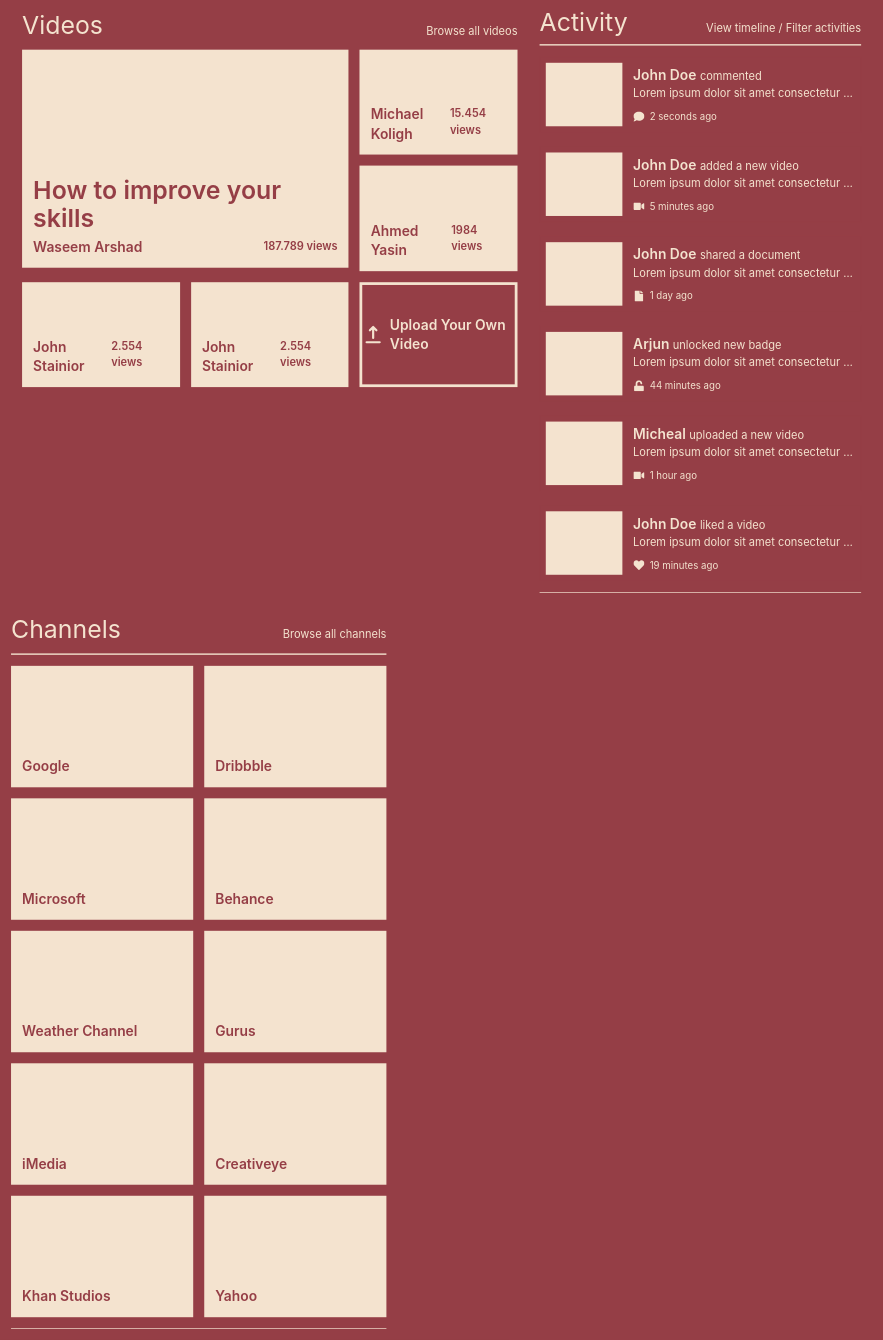
Repository: farrelmuhammad/test-salt
Page: /
The author's editor kept a copy of each file at every save. The page is drawn from the files as they stood at one save, then again after the next save.
The browser window is 1280 px wide. The pictures show the whole page, at 69% of full size.
The project was rebuilt for these pictures with package versions that can differ from the ones it lists, and the page was loaded fresh each time. Also part of the build but not shown: src/App.css.

Above is the page before, as saved 2022-11-21 16:55:53.

### src/index.css
@tailwind base;
@tailwind components;
@tailwind utilities;

body {
  margin: 0;
  font-family: -apple-system, BlinkMacSystemFont, "Segoe UI", "Roboto", "Oxygen", "Ubuntu", "Cantarell", "Fira Sans", "Droid Sans", "Helvetica Neue", sans-serif;
  -webkit-font-smoothing: antialiased;
  -moz-osx-font-smoothing: grayscale;
  background-color: #953e46;
}

code {
  font-family: source-code-pro, Menlo, Monaco, Consolas, "Courier New", monospace;
}

@layer components {
  .box-text {
    @apply bg-[#F4E3CF] aspect-[3/2] text-[#953e46] p-4;
  }

  .card {
    @apply flex flex-row border border-[#953e46] p-2;
  }

  .hr-top {
    @apply h-[2px] bg-[#F4E3CF] border-none mb-4;
  }

  .hr-bottom {
    @apply h-[1px] bg-[#F4E3CF] border-none my-4;
  }
}

### src/App.js
import logo from "./logo.svg";
import "./App.css";
import Box from "./components/Box";
import Channels from "./components/Channels";
import Activity from "./components/Activity";

function App() {
  return (
    <>
      <div className="container">
        <div class="flex">
          <div className="flex-auto w-64">
            <Box />
          </div>
          <div className="flex-auto w-1">
            <Activity />
          </div>
        </div>
      </div>
      <Channels />
    </>
  );
}

export default App;

### src/components/Box.jsx
import React from "react";
import { HiUpload } from "react-icons/hi";

const Box = () => {
  return (
    <>
      <section className="container">
        <div className="flex items-end justify-between py-4">
          <h1 className="text-4xl text-[#F4E3CF]">Videos</h1>
          <a href="" className="text-base text-[#F4E3CF]">
            Browse all videos
          </a>
        </div>

        <div class="grid grid-cols-3 gap-4">
          <div class="col-span-2 row-span-2 box-text flex flex-col justify-end">
            <h2 className="text-4xl font-semibold mb-2">How to improve your skills</h2>
            <div className="flex justify-between">
              <h4 className="text-xl font-semibold">Waseem Arshad</h4>

              <p className="text-base font-semibold">187.789 views</p>
            </div>
          </div>

          <div class="box-text flex flex-col justify-end">
            <div className="flex justify-between">
              <h4 className="text-xl font-semibold">Michael Koligh</h4>

              <p className="text-base font-semibold">15.454 views</p>
            </div>
          </div>

          <div class="box-text flex flex-col justify-end">
            <div className="flex justify-between">
              <h4 className="text-xl font-semibold">Ahmed Yasin</h4>

              <p className="text-base font-semibold">1984 views</p>
            </div>
          </div>

          <div class="box-text flex flex-col justify-end">
            <div className="flex justify-between">
              <h4 className="text-xl font-semibold">John Stainior</h4>

              <p className="text-base font-semibold">2.554 views</p>
            </div>
          </div>

          <div class="box-text flex flex-col justify-end">
            <div className="flex justify-between">
              <h4 className="text-xl font-semibold">John Stainior</h4>

              <p className="text-base font-semibold">2.554 views</p>
            </div>
          </div>

          <div class="border-4 border-[#F4E3CF] text-[#F4E3CF] flex items-center justify-center">
            <HiUpload className="rounded-full w-10 h-10 mr-2" /> <h2 className="text-xl font-semibold">Upload Your Own Video</h2>
          </div>
        </div>
      </section>
    </>
  );
};

export default Box;

### src/components/Channels.jsx
import React from "react";

const Channels = () => {
  return (
    <>
      <section className="container max-w-xl">
        <div className="flex items-end justify-between py-4">
          <h1 className="text-4xl text-[#F4E3CF]">Channels</h1>
          <a href="" className="text-base text-[#F4E3CF]">
            Browse all channels
          </a>
        </div>

        <hr className="hr-top" />

        <div class="grid grid-cols-2 gap-4 ">
          <div class="box-text text-xl font-semibold flex items-end">Google</div>
          <div class="box-text text-xl font-semibold flex items-end">Dribbble</div>
          <div class="box-text text-xl font-semibold flex items-end">Microsoft</div>
          <div class="box-text text-xl font-semibold flex items-end">Behance</div>
          <div class="box-text text-xl font-semibold flex items-end">Weather Channel</div>
          <div class="box-text text-xl font-semibold flex items-end">Gurus</div>
          <div class="box-text text-xl font-semibold flex items-end">iMedia</div>
          <div class="box-text text-xl font-semibold flex items-end">Creativeye</div>
          <div class="box-text text-xl font-semibold flex items-end">Khan Studios</div>
          <div class="box-text text-xl font-semibold flex items-end">Yahoo</div>
        </div>

        <hr className="hr-bottom" />
      </section>
    </>
  );
};

export default Channels;

### src/components/Activity.jsx
import React from "react";
import { FaComment, FaVideo, FaUnlock, FaHeart, FaFile } from "react-icons/fa";

const Activity = () => {
  return (
    <>
      <section className="container max-w-xl">
        <div className="flex items-end justify-between py-3">
          <h1 className="text-4xl text-[#F4E3CF]">Activity</h1>
          <a href="" className="text-base text-[#F4E3CF]">
            View timeline / Filter activities
          </a>
        </div>

        <hr className="hr-top" />

        <div class="flex flex-col space-y-5">
          <div class="card hover:border-[#F4E3CF]">
            <div className="w-48 bg-[#F4E3CF]"></div>

            <div class="py-1 pl-4 truncate text-[#F4E3CF]">
              <h5 class="text-xl font-semibold">
                John Doe <span className="text-base font-normal">commented</span>
              </h5>
              <p class="text-base mb-3 truncate">Lorem ipsum dolor sit amet consectetur adipisicing elit. Ratione, similique!</p>
              <p class="text-sm flex items-center">
                <FaComment className="w-4 h-4 mr-2" />2 seconds ago
              </p>
            </div>
          </div>

          <div class="card hover:border-[#F4E3CF]">
            <div className="w-48 bg-[#F4E3CF]"></div>

            <div class="py-1 pl-4 truncate text-[#F4E3CF]">
              <h5 class="text-xl font-semibold">
                John Doe <span className="text-base font-normal">added a new video</span>
              </h5>
              <p class="text-base mb-3 truncate">Lorem ipsum dolor sit amet consectetur adipisicing elit. Ratione, similique!</p>
              <p class="text-sm flex items-center">
                <FaVideo className="w-4 h-4 mr-2" />5 minutes ago
              </p>
            </div>
          </div>

          <div class="card hover:border-[#F4E3CF]">
            <div className="w-48 bg-[#F4E3CF]"></div>

            <div class="py-1 pl-4 truncate text-[#F4E3CF]">
              <h5 class="text-xl font-semibold">
                John Doe <span className="text-base font-normal">shared a document</span>
              </h5>
              <p class="text-base mb-3 truncate">Lorem ipsum dolor sit amet consectetur adipisicing elit. Ratione, similique!</p>
              <p class="text-sm flex items-center">
                <FaFile className="w-4 h-4 mr-2" />1 day ago
              </p>
            </div>
          </div>

          <div class="card hover:border-[#F4E3CF]">
            <div className="w-48 bg-[#F4E3CF]"></div>

            <div class="py-1 pl-4 truncate text-[#F4E3CF]">
              <h5 class="text-xl font-semibold">
                Arjun <span className="text-base font-normal">unlocked new badge</span>
              </h5>
              <p class="text-base mb-3 truncate">Lorem ipsum dolor sit amet consectetur adipisicing elit. Ratione, similique!</p>
              <p class="text-sm flex items-center">
                <FaUnlock className="w-4 h-4 mr-2" />
                44 minutes ago
              </p>
            </div>
          </div>

          <div class="card hover:border-[#F4E3CF]">
            <div className="w-48 bg-[#F4E3CF]"></div>

            <div class="py-1 pl-4 truncate text-[#F4E3CF]">
              <h5 class="text-xl font-semibold">
                Micheal <span className="text-base font-normal">uploaded a new video</span>
              </h5>
              <p class="text-base mb-3 truncate">Lorem ipsum dolor sit amet consectetur adipisicing elit. Ratione, similique!</p>
              <p class="text-sm flex items-center">
                <FaVideo className="w-4 h-4 mr-2" />1 hour ago
              </p>
            </div>
          </div>

          <div class="card hover:border-[#F4E3CF]">
            <div className="w-48 bg-[#F4E3CF]"></div>

            <div class="py-1 pl-4 truncate text-[#F4E3CF]">
              <h5 class="text-xl font-semibold">
                John Doe <span className="text-base font-normal">liked a video</span>
              </h5>
              <p class="text-base mb-3 truncate">Lorem ipsum dolor sit amet consectetur adipisicing elit. Ratione, similique!</p>
              <p class="text-sm flex items-center">
                <FaHeart className="w-4 h-4 mr-2" />
                19 minutes ago
              </p>
            </div>
          </div>
        </div>

        <hr className="hr-bottom" />
      </section>
    </>
  );
};

export default Activity;

### tailwind.config.js
/** @type {import('tailwindcss').Config} */
module.exports = {
  content: ["./src/**/*.{js,jsx,ts,tsx}"],
  theme: {
    container: {
      padding: "16px",
    },
    extend: {
      screens: {
        sm: "640px",
        md: "768px",
        lg: "1024px",
        xl: "1280px",
        "2xl": "1320px",
      },
    },
  },
  plugins: [],
};

Loaded but not shown: public/index.html (common file); src/index.js (common file); src/reportWebVitals.js (common file)

After the next save:
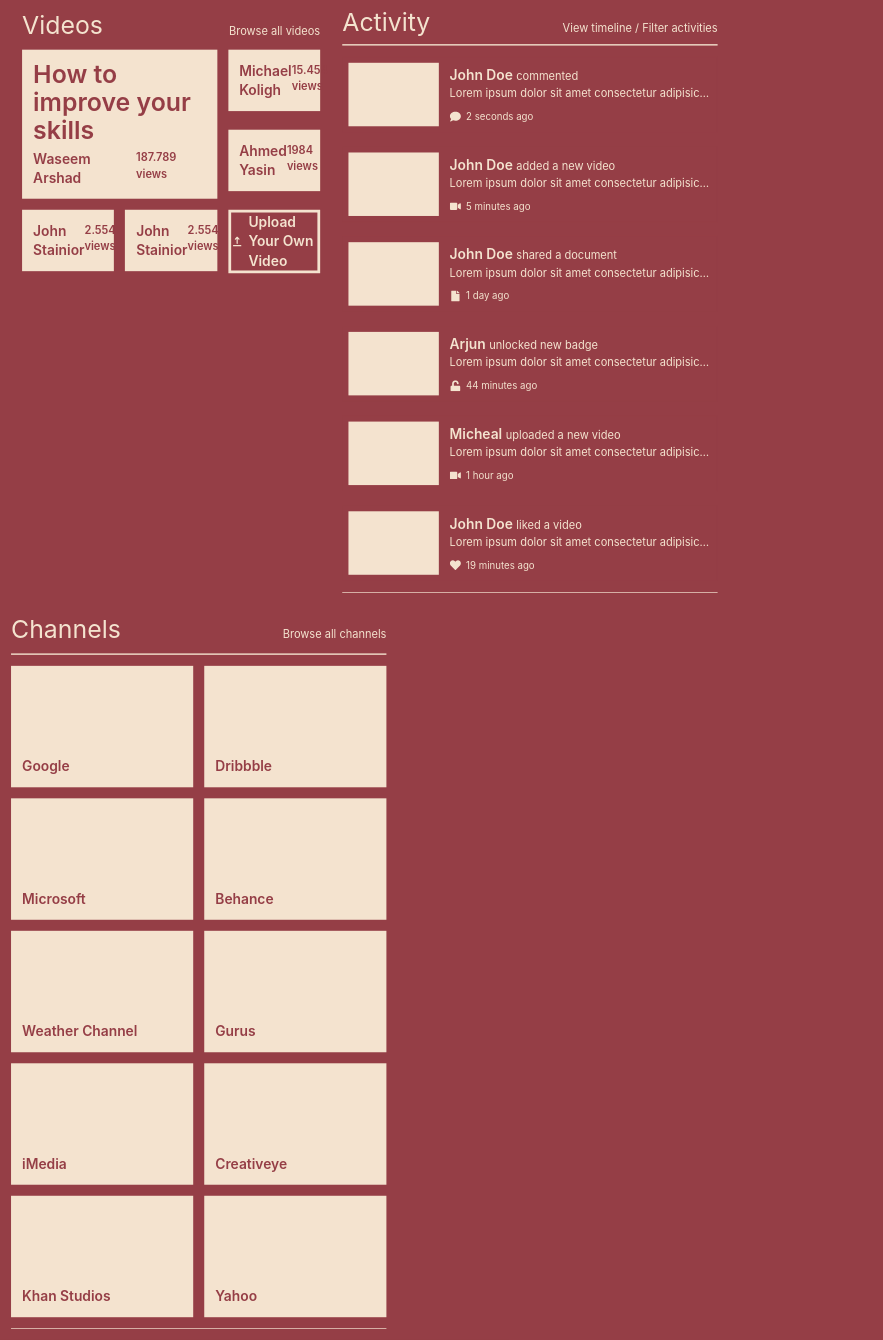
Saved 5 s later.
--- a/src/App.js
+++ b/src/App.js
@@ -12,7 +12,7 @@ function App() {
           <div className="flex-auto w-64">
             <Box />
           </div>
-          <div className="flex-auto w-1">
+          <div className="flex-auto">
             <Activity />
           </div>
         </div>
